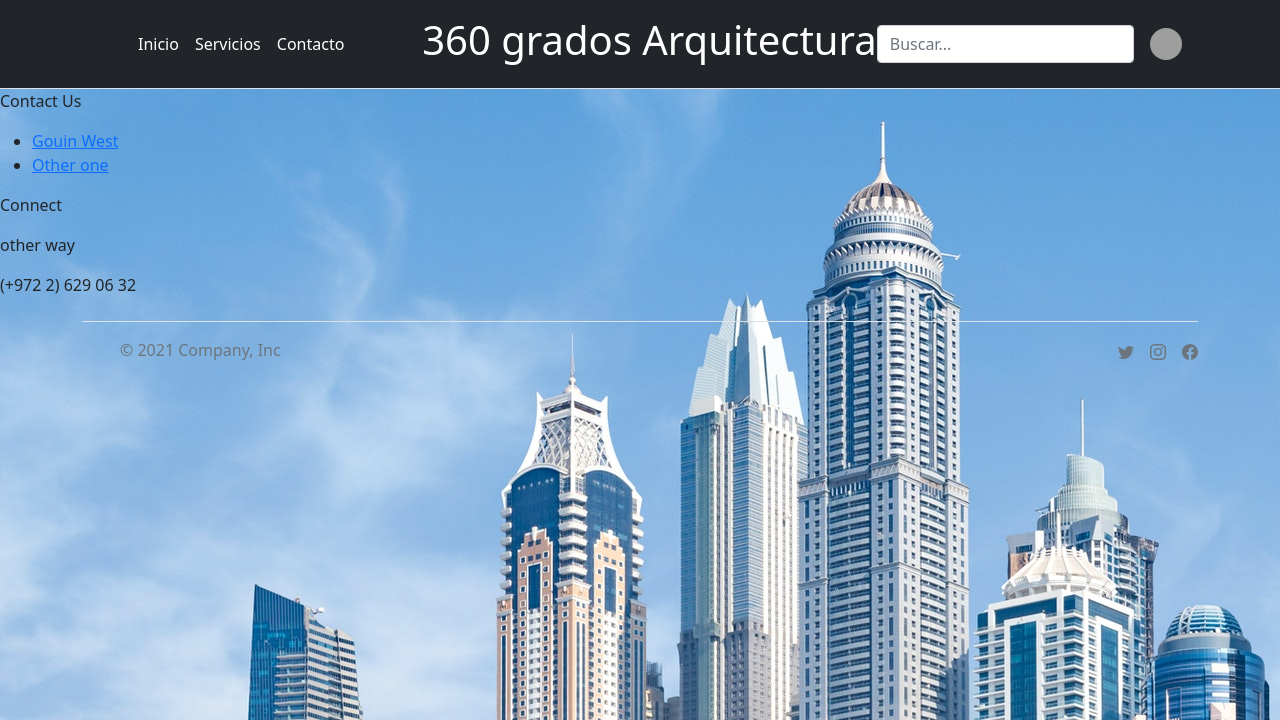
Repository: RaquelAlvarezz/Recuperaci-n-Bootstrap
Page: http://localhost/contacto.php
An editor plug-in stored every save of this project. The page is shown before and after the next save, followed by the edit.
The browser window is 1280 px wide. The pictures show the whole page.
Pictures or frames that could not be fetched are drawn as grey boxes. The page is run by PHP 8.4 with error messages shown; the project is at /var/www/html/.

Above is the page before, as saved 2022-02-17 12:16:52.

### contacto.php
<!DOCTYPE html>
<html lang="es">
<head>
    <meta charset="UTF-8">
    <meta name="viewport" content="width=device-width, initial-scale=1.0">
    <link href="https://cdn.jsdelivr.net/npm/bootstrap@5.1.3/dist/css/bootstrap.min.css" rel="stylesheet" integrity="sha384-1BmE4kWBq78iYhFldvKuhfTAU6auU8tT94WrHftjDbrCEXSU1oBoqyl2QvZ6jIW3" crossorigin="anonymous">
    <link rel="stylesheet" href="./css/styles.css">

    <link rel="icon" type="image/jpg" href="./img/bosquejo.png"/>
    <title>360 grados Arquitectura</title>

</head>
<body>

<?php include "header.php"; ?>

<main>

<div class="map">
<div id='browser'>
  <div id='browser-bar'>
    <div class='circles'></div>
    <div class='circles'></div>
    <div class='circles'></div>
    <p>Contact Us</p>
    <span class='arrow entypo-resize-full'></span>
  </div>
  <div id='content'>
    <div id='left'>
      <div ng-app="myApp" ng-controller="gMap">
  <ui-gmap-google-map
    center='map.center'
    zoom='map.zoom' aria-label="Google map">

    <ui-gmap-marker ng-repeat="marker in markers"
      coords="marker.coords" options="marker.options" events="marker.events" idkey="marker.id">
      <ui-gmap-window>
        </div>
            <ul id='location-bar'>
        <li >
          <a href="#" id = 'btnGouin'>Gouin West</a>
        </li>
        <li>
          <a href=#>Other one</a>
        </li>
        </ul>
    </div>

      </ui-gmap-window>
    </ui-gmap-marker>

  </ui-gmap-google-map>

    <div id='right'>
      <p>Connect</p>
      <div id='social'>
        <a href="https://www.facebook.com/Quality-Cuts-Salon-Coiffure-183650908315210/" target="_blank" class='social'>
          <span class='entypo-facebook'></span>
        </a>
        <a class='social'>
          <span class='entypo-twitter'></span>
        </a>
        <a class='social'>
          <span class='entypo-linkedin'></span>
        </a>
        <a class='social'>
          <span class='entypo-gplus'></span>
        </a>
        <a href="https://www.instagram.com/qualitycuts/?hl=en"class='social'>
          <span class='entypo-instagrem'></span>
        </a>
      </div>
      <p>other way</p>
      <p class='other entypo-phone'>(+972 2) 629 06 32</p>
    </div>

    </main>
    <?php include "footer.php"; ?>


</body>
</html>

### header.php

<header class="p-3 bg-dark border-bottom text-white">
        <div class="container">
          <div class="d-flex flex-wrap align-items-center justify-content-center justify-content-lg-start">
            <a href="/" class="d-flex align-items-center mb-2 mb-lg-0 text-white text-decoration-none">
              <svg class="bi me-2" width="40" height="32" role="img" aria-label="Bootstrap"><use xlink:href="#bootstrap"/></svg>
            </a>

            <ul class="nav col-12 col-lg-auto me-lg-auto mb-2 justify-content-center mb-md-0">
              <li><a href="./index.php" class="nav-link px-2  text-white">Inicio</a></li>
              <li><a href="./servicios.php" class="nav-link px-2 text-white">Servicios</a></li>
              <li><a href="./contacto.php" class="nav-link px-2 text-white">Contacto</a></li>

            </ul>
    <div><h1>360 grados Arquitectura </h1></div>
            <form class="col-12 col-lg-auto mb-3 mb-lg-0 me-lg-3">
              <input type="search" class="form-control" placeholder="Buscar..." aria-label="Search">
            </form>

            <div class="dropdown text-end">
              <a href="#" class="d-block link-dark text-decoration-none dropdown-toggle" id="dropdownUser1" data-bs-toggle="dropdown" aria-expanded="false">
                <img src="img/perfil.png" alt="mdo" width="32" height="32" class="rounded-circle">
              </a>
              <ul class="dropdown-menu text-small" aria-labelledby="dropdownUser1">
                <li><a class="dropdown-item" href="#">New project...</a></li>
                <li><a class="dropdown-item" href="#">Settings</a></li>
                <li><a class="dropdown-item" href="#">Profile</a></li>
                <li><hr class="dropdown-divider"></li>
                <li><a class="dropdown-item" href="#">Sign out</a></li>
              </ul>
            </div>
          </div>
        </div>
      </header>

### footer.php
<div class="container">
        <footer class="d-flex flex-wrap justify-content-between align-items-center py-3 my-4 border-top">
          <div class="col-md-4 d-flex align-items-center">
            <a href="/" class="mb-3 me-2 mb-md-0 text-muted text-decoration-none lh-1">
              <svg class="bi" width="30" height="24"><use xlink:href="#bootstrap"/></svg>
            </a>
            <span class="text-muted">&copy; 2021 Company, Inc</span>
          </div>

          <ul class="nav col-md-4 justify-content-end list-unstyled d-flex">
            <li class="ms-3"><a class="text-muted" href="#"><svg xmlns="http://www.w3.org/2000/svg" width="16" height="16" fill="currentColor" class="bi bi-twitter" viewBox="0 0 16 16">
                <path d="M5.026 15c6.038 0 9.341-5.003 9.341-9.334 0-.14 0-.282-.006-.422A6.685 6.685 0 0 0 16 3.542a6.658 6.658 0 0 1-1.889.518 3.301 3.301 0 0 0 1.447-1.817 6.533 6.533 0 0 1-2.087.793A3.286 3.286 0 0 0 7.875 6.03a9.325 9.325 0 0 1-6.767-3.429 3.289 3.289 0 0 0 1.018 4.382A3.323 3.323 0 0 1 .64 6.575v.045a3.288 3.288 0 0 0 2.632 3.218 3.203 3.203 0 0 1-.865.115 3.23 3.23 0 0 1-.614-.057 3.283 3.283 0 0 0 3.067 2.277A6.588 6.588 0 0 1 .78 13.58a6.32 6.32 0 0 1-.78-.045A9.344 9.344 0 0 0 5.026 15z"/>
              </svg></a></li>
            <li class="ms-3"><a class="text-muted" href="#"><svg xmlns="http://www.w3.org/2000/svg" width="16" height="16" fill="currentColor" class="bi bi-instagram" viewBox="0 0 16 16">
                <path d="M8 0C5.829 0 5.556.01 4.703.048 3.85.088 3.269.222 2.76.42a3.917 3.917 0 0 0-1.417.923A3.927 3.927 0 0 0 .42 2.76C.222 3.268.087 3.85.048 4.7.01 5.555 0 5.827 0 8.001c0 2.172.01 2.444.048 3.297.04.852.174 1.433.372 1.942.205.526.478.972.923 1.417.444.445.89.719 1.416.923.51.198 1.09.333 1.942.372C5.555 15.99 5.827 16 8 16s2.444-.01 3.298-.048c.851-.04 1.434-.174 1.943-.372a3.916 3.916 0 0 0 1.416-.923c.445-.445.718-.891.923-1.417.197-.509.332-1.09.372-1.942C15.99 10.445 16 10.173 16 8s-.01-2.445-.048-3.299c-.04-.851-.175-1.433-.372-1.941a3.926 3.926 0 0 0-.923-1.417A3.911 3.911 0 0 0 13.24.42c-.51-.198-1.092-.333-1.943-.372C10.443.01 10.172 0 7.998 0h.003zm-.717 1.442h.718c2.136 0 2.389.007 3.232.046.78.035 1.204.166 1.486.275.373.145.64.319.92.599.28.28.453.546.598.92.11.281.24.705.275 1.485.039.843.047 1.096.047 3.231s-.008 2.389-.047 3.232c-.035.78-.166 1.203-.275 1.485a2.47 2.47 0 0 1-.599.919c-.28.28-.546.453-.92.598-.28.11-.704.24-1.485.276-.843.038-1.096.047-3.232.047s-2.39-.009-3.233-.047c-.78-.036-1.203-.166-1.485-.276a2.478 2.478 0 0 1-.92-.598 2.48 2.48 0 0 1-.6-.92c-.109-.281-.24-.705-.275-1.485-.038-.843-.046-1.096-.046-3.233 0-2.136.008-2.388.046-3.231.036-.78.166-1.204.276-1.486.145-.373.319-.64.599-.92.28-.28.546-.453.92-.598.282-.11.705-.24 1.485-.276.738-.034 1.024-.044 2.515-.045v.002zm4.988 1.328a.96.96 0 1 0 0 1.92.96.96 0 0 0 0-1.92zm-4.27 1.122a4.109 4.109 0 1 0 0 8.217 4.109 4.109 0 0 0 0-8.217zm0 1.441a2.667 2.667 0 1 1 0 5.334 2.667 2.667 0 0 1 0-5.334z"/>
              </svg></a></li>
            <li class="ms-3"><a class="text-muted" href="#"><svg xmlns="http://www.w3.org/2000/svg" width="16" height="16" fill="currentColor" class="bi bi-facebook" viewBox="0 0 16 16">
                <path d="M16 8.049c0-4.446-3.582-8.05-8-8.05C3.58 0-.002 3.603-.002 8.05c0 4.017 2.926 7.347 6.75 7.951v-5.625h-2.03V8.05H6.75V6.275c0-2.017 1.195-3.131 3.022-3.131.876 0 1.791.157 1.791.157v1.98h-1.009c-.993 0-1.303.621-1.303 1.258v1.51h2.218l-.354 2.326H9.25V16c3.824-.604 6.75-3.934 6.75-7.951z"/>
              </svg></a></li>
          </ul>
        </footer>
      </div>

### css/styles.css
body{
    background-image:url(../img/pexels-aleksandar-pasaric-618079.jpg);
}

### css/estiloscontacto.css
body {
    font-family: 'Open Sans', sans-serif;
    font-size: 100%;
    background: #829292;
  }


  .map {
    font-family: 'Open Sans', sans-serif;
    font-size: 100%;
    background: #829292;
  }


  @import url(https://fonts.googleapis.com/css?family=Open+Sans:100,300,400,600);
  @import url(http://weloveiconfonts.com/api/?family=brandico|entypo);
  /* entypo */
  [class*="entypo-"]:before {
    font-family: 'entypo', sans-serif;
    padding-right: 10px;
  }



  *, *:before, *:after {
    margin: 0;
    padding: 0;
    box-sizing: border-box;
    border: 0;
  }

  ul {
    list-style: none;
  }

  a {
    color: white;
    text-decoration: none;
  }

  #browser {
    margin: 10px auto;
    color: white;
    width: 80%;
    -webkit-box-shadow: 2px 5px 15px rgba(0, 0, 0, 0.5);
    -moz-box-shadow: 2px 5px 15px rgba(0, 0, 0, 0.5);
    box-shadow: 2px 5px 15px rgba(0, 0, 0, 0.5);
  }

  #browser-bar {
    background: #394141;
    width: 100%;
    padding: 8px;
    margin: 0 auto;
    font-weight: 300;
    font-size: 0.9em;
    position: relative;
  }
  #browser-bar p {
    text-align: center;
  }
  #browser-bar .circles {
    border-radius: 10px;
    height: 13px;
    width: 13px;
    background: #ff3434;
    float: left;
    margin-left: 7px;
    margin-top: 3px;
  }
  #browser-bar .circles:nth-of-type(2) {
    background: #ffdd33;
  }
  #browser-bar .circles:nth-of-type(3) {
    background: #67b678;
  }

  .arrow {
    position: absolute;
    right: 3px;
    top: 6px;
    font-size: 1.2em;
    color: #8e9699;
  }

  #content {
    background: #454f4f;
  }
  #content:after {
    content: "";
    display: table;
    clear: both;
  }
  #content #left, #content #right {
    height: 100%;
  }
  #content #left {
    float: left;
    width: 75%;
    background: #7BC087;
  }
  @media all and (max-width: 780px) {
    #content #left {
      width: 100%;
    }
  }
  #content #left #map {
    height: 388px;
    position: relative;
    background-image: url("https://f.cl.ly/items/452R3S1440221Z3m372j/israel.png");
    background-size: cover;
  }
  #content #left #map p {
    text-transform: uppercase;
    padding-top: 20px;
    padding-left: 30px;
    font-size: 0.9em;
    font-weight: 600;
  }
  #content #left #map .zoom {
    position: absolute;
    right: 25px;
    top: 25px;
    width: 2px;
    height: 70px;
    background: white;
  }
  #content #left #map .zoom:before, #content #left #map .zoom:after {
    text-align: center;
    font-weight: 600;
    position: absolute;
    color: #7BC087;
    background: white;
    width: 20px;
  }
  #content #left #map .zoom:before {
    content: '+';
    top: -10px;
    right: -8px;
  }
  #content #left #map .zoom:after {
    content: '-';
    bottom: -10px;
    right: -8px;
  }
  #content #left #map .map-locator {
    position: absolute;
    top: 40%;
    left: 30%;
    border-radius: 15px;
    height: 30px;
    width: 30px;
    background: rgba(0, 0, 0, 0.4);
    border: solid 2px white;
  }
  #content #left #map .map-locator:before {
    content: '';
    position: absolute;
    top: 9px;
    left: 9px;
    width: 8px;
    height: 8px;
    background: white;
    border-radius: 5px;
  }
  #content #left #map .map-locator .tooltip {
    position: absolute;
    color: #394141;
    left: 50px;
    top: -10px;
    background: white;
    font-size: 0.8em;
    font-weight: 600;
    -webkit-box-shadow: 1px 1px 2px rgba(0, 0, 0, 0.5);
    -moz-box-shadow: 1px 1px 2px rgba(0, 0, 0, 0.5);
    box-shadow: 1px 1px 2px rgba(0, 0, 0, 0.5);
  }
  #content #left #map .map-locator .tooltip:before {
    content: '';
    position: absolute;
    left: -10px;
    top: 14px;
    border-right: solid white 10px;
    border-top: solid transparent 8px;
    border-bottom: solid transparent 8px;
  }
  #content #left #map .map-locator .tooltip [class*="entypo-"] {
    min-width: 25px;
    display: inline-block;
    text-align: center;
    border-right: solid thin #CCC;
    margin-right: 5px;
  }
  #content #left #map .map-locator .tooltip li {
    border-bottom: solid thin #CCC;
    padding: 10px;
    white-space: nowrap;
  }
  #content #left #map .map-locator .tooltip li a {
    color: #51B2D6;
  }
  #content #left #map .map-locator .tooltip li:hover [class*="entypo-"] {
    color: #51B2D6;
  }
  #content #left ul#location-bar {
    width: 100%;
    text-align: center;
    display: table;
  }
  #content #left ul#location-bar li {
    display: table-cell;
    padding: 15px;
    background: #5FA269;
    border-right: solid thin #7fb587;
  }
  #content #left ul#location-bar li:last-of-type {
    border-right: 0;
  }
  #content #left ul#location-bar li:hover {
    background: #4c8254;
  }
  #content #left ul#location-bar .active {
    background: #4c8254;
  }
  #content #right {
    float: left;
    width: 25%;
    background: #454f4f;
    font-size: 0.75em;
    padding: 15px;
  }
  @media all and (max-width: 780px) {
    #content #right {
      width: 100%;
    }
  }
  #content #right p {
    margin-bottom: 10px;
    text-transform: uppercase;
  }
  #content #right a:hover {
    color: #51B2D6;
  }
  #content #right #social {
    display: table;
    width: 100%;
  }
  #content #right .social {
    display: table-cell;
    text-align: center;
  }
  #content #right form {
    border-top: solid thin #8e9699;
    border-bottom: solid thin #8e9699;
    margin: 20px 0;
    padding: 20px 0;
  }
  #content #right form input,
  #content #right form textarea {
    background: #394141;
    padding: 8px;
    margin-bottom: 8px;
    width: 100%;
    color: white;
  }
  #content #right form input:last-of-type,
  #content #right form textarea:last-of-type {
    margin-bottom: 0;
  }
  #content #right form input[type='submit'],
  #content #right form textarea[type='submit'] {
    text-transform: uppercase;
    background: #7BC087;
    width: 50%;
    color: white;
    margin-top: 5px;
  }
  #content #right form input[type='submit']:hover,
  #content #right form textarea[type='submit']:hover {
    background: #58b068;
    -webkit-box-shadow: 1px 1px 2px rgba(0, 0, 0, 0.5);
    -moz-box-shadow: 1px 1px 2px rgba(0, 0, 0, 0.5);
    box-shadow: 1px 1px 2px rgba(0, 0, 0, 0.5);
  }
  #content #right form input[type='textarea'],
  #content #right form textarea[type='textarea'] {
    min-height: 75px;
    vertical-align: text-top;
  }
  #content #right p.other {
    font-size: 0.7;
    margin-bottom: 5px;
    text-transform: lowercase;
    font-weight: 100;
  }
  #content #right p.other,
  #content #right p.other a {
    color: #8e9699;
  }

  .intrinsic-container {
    position: relative;
    height: 0;
    overflow: hidden;
  }

  /* 16x9 Aspect Ratio */
  .intrinsic-container-16x9 {
    padding-bottom: 56.25%;
  }

  /* 4x3 Aspect Ratio */
  .intrinsic-container-4x3 {
    padding-bottom: 75%;
  }

  .intrinsic-container iframe {
    position: absolute;
    top: 0;
    left: 0;
    width: 100%;
    height: 100%;
  }




  .angular-google-map-container {
    height: 100vh;
  }

After the next save:
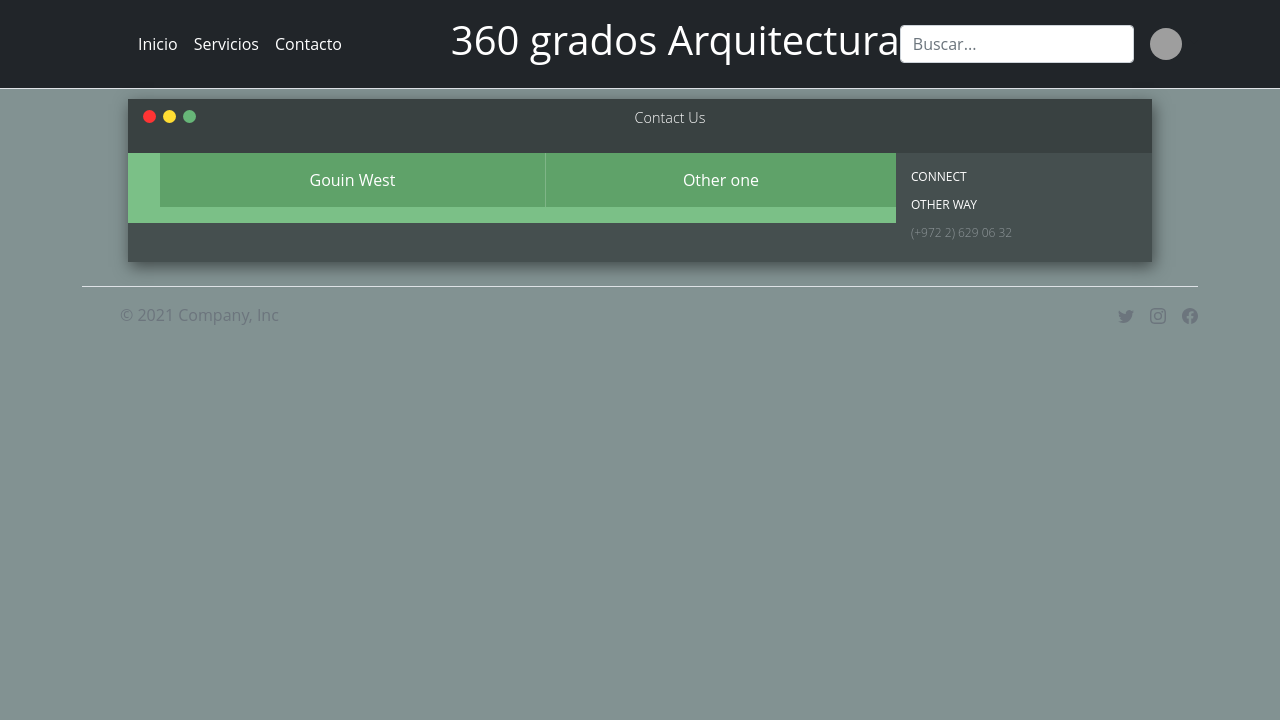
Saved 80 s later.
--- a/contacto.php
+++ b/contacto.php
@@ -5,6 +5,7 @@
     <meta name="viewport" content="width=device-width, initial-scale=1.0">
     <link href="https://cdn.jsdelivr.net/npm/bootstrap@5.1.3/dist/css/bootstrap.min.css" rel="stylesheet" integrity="sha384-1BmE4kWBq78iYhFldvKuhfTAU6auU8tT94WrHftjDbrCEXSU1oBoqyl2QvZ6jIW3" crossorigin="anonymous">
     <link rel="stylesheet" href="./css/styles.css">
+    <link rel="stylesheet" href="./css/estiloscontacto.css">
 
     <link rel="icon" type="image/jpg" href="./img/bosquejo.png"/>
     <title>360 grados Arquitectura</title>
